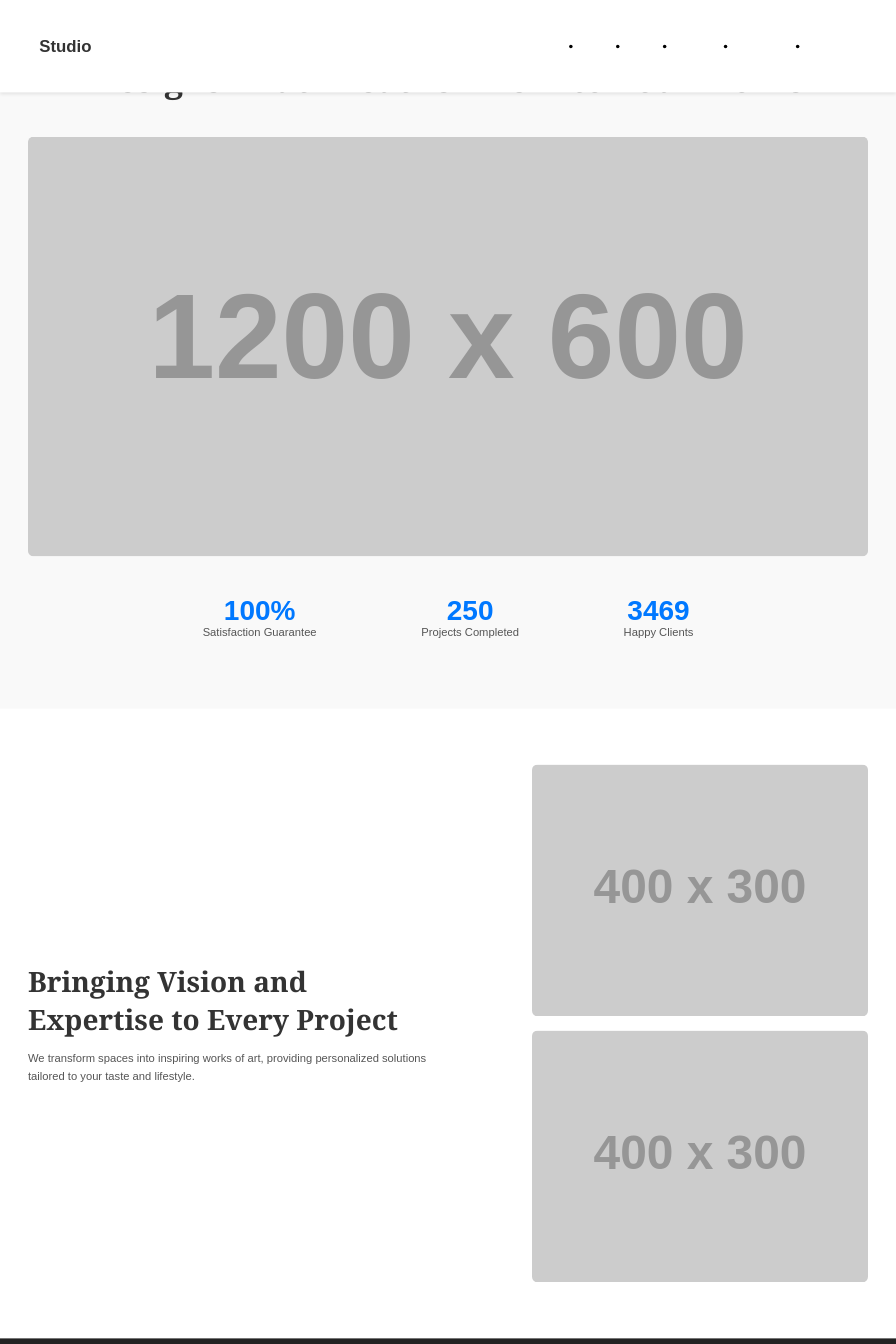
Repository: Patience225/home-decor-studio
Page: index.html
An editor plug-in stored every save of this project. The page is shown before and after a run of saves, followed by the edit.
The browser window is 1280 px wide. The pictures show the part of the page from y = 0 to 1920 px (the page is 4316 px tall before and 3730 px after), at 70% of full size.

Above is the page before, as saved 2025-01-29 07:03:57.

### index.html
<!DOCTYPE html>
<html lang="en">
<head>
  <meta charset="UTF-8">
  <meta name="viewport" content="width=device-width, initial-scale=1.0">
  <title>HomeArt Studio</title>
  <link href="https://cdnjs.cloudflare.com/ajax/libs/font-awesome/5.15.4/css/all.min.css" rel="stylesheet">
  <link rel="stylesheet" href="styles.css">
</head>
<body>
  <header>
    <nav class="navbar">
      <div class="logo"> Studio</div>
      <ul class="nav-links">
        <li><a href="#home">Home</a></li>
        <li><a href="#about">About</a></li>
        <li><a href="#services">Services</a></li>
        <li><a href="#collections">Collections</a></li>
        <li><a href="#contact">Contact</a></li>
      </ul>
      <div class="hamburger">
        <span></span>
        <span></span>
        <span></span>
      </div>
    </nav>
  </header>

  <section id="home" class="hero">
    <div class="hero-content">
      <h1>Designs That Breathe Life into Your Home</h1>
      <img src="https://via.placeholder.com/1200x600" alt="Living room design" class="hero-image">
      <div class="hero-stats">
        <div class="stat-item"><h2>100%</h2><p>Satisfaction Guarantee</p></div>
        <div class="stat-item"><h2>250</h2><p>Projects Completed</p></div>
        <div class="stat-item"><h2>3469</h2><p>Happy Clients</p></div>
      </div>
    </div>
  </section>

  <section id="about" class="introduction">
    <div class="intro-container">
      <div class="intro-text">
        <h2>Bringing Vision and Expertise to Every Project</h2>
        <p>We transform spaces into inspiring works of art, providing personalized solutions tailored to your taste and lifestyle.</p>
      </div>
      <div class="intro-images">
        <img src="https://via.placeholder.com/400x300" alt="Interior design 1">
        <img src="https://via.placeholder.com/400x300" alt="Interior design 2">
      </div>
    </div>
  </section>

  <section id="services" class="call-to-action">
    <div class="cta-container">
      <h2>For Everything Your Home Deserves, Reach Out to Us</h2>
      <div class="cta-images">
        <div class="image-card"><img src="https://via.placeholder.com/300x300" alt="Armchair"><p class="product-name">Personal Black Armchair</p><p class="product-price">$799.00</p></div>
        <div class="image-card"><img src="https://via.placeholder.com/300x300" alt="Cabinet"><p class="product-name">Rustic Oak Cabinet</p><p class="product-price">$1200.00</p></div>
        <div class="image-card"><img src="https://via.placeholder.com/300x300" alt="Pendant Light"><p class="product-name">Brass Pendant Light</p><p class="product-price">$720.00</p></div>
      </div>
    </div>
  </section>

  <section id="collections" class="projects">
    <h2>Our Projects</h2>
    <div class="project-cards">
      <div class="project-card"><img src="https://via.placeholder.com/300x200" alt="Landscape Project"><h3>Landscape</h3><p>Transforming outdoor spaces with elegant and functional designs.</p><a href="#" class="project-link">See Projects</a></div>
      <div class="project-card"><img src="https://via.placeholder.com/300x200" alt="Commercial Interiors"><h3>Commercial Interiors</h3><p>Innovative solutions for inspiring workspaces that foster productivity.</p><a href="#" class="project-link">See Projects</a></div>
      <div class="project-card"><img src="https://via.placeholder.com/300x200" alt="Architecture"><h3>Landscape Architecture</h3><p>Designing environments that blend seamlessly with nature.</p><a href="#" class="project-link">See Projects</a></div>
    </div>
  </section>

  <section id="contact" class="customer-review">
    <div class="review-container">
      <span class="quote-icon">❝</span>
      <p class="review-text">"Their creative approach and professionalism made the entire process seamless. I highly recommend them for any interior design project."</p>
      <div class="customer-info">
        <img src="https://via.placeholder.com/80x80" alt="Customer Picture" class="customer-img">
        <p class="customer-name">Albert Henderson</p>
      </div>
    </div>
  </section>

  <form id="contact-form">
    <input type="text" id="name" placeholder="Your Name" required>
    <input type="email" id="email" placeholder="Your Email" required>
    <textarea id="message" placeholder="Your Message" required></textarea>
    <button type="submit">Submit</button>
    <p id="form-feedback"></p>
  </form>

  <button id="back-to-top">↑</button>

  <footer class="footer">
    <div class="footer-container">
      <div class="footer-column">
        <h3>HomeArt Studio</h3>
        <p>Designs that breathe life into your home with creativity and expertise.</p>
      </div>
      <div class="footer-column">
        <h3>Quick Links</h3>
        <ul>
          <li><a href="#home">Home</a></li>
          <li><a href="#about">About</a></li>
          <li><a href="#collections">Collections</a></li>
          <li><a href="#contact">Contact</a></li>
        </ul>
      </div>
      <div class="footer-column">
        <h3>Contact Info</h3>
        <p>123 Interior Lane, Design City</p>
        <p>Phone: +123 456 7890</p>
        <p>Email: info@homeartstudio.com</p>
      </div>
      <div class="footer-column">
        <h3>Follow Us</h3>
        <div class="social-icons">
          <a href="#"><i class="fab fa-facebook-f"></i></a>
          <a href="#"><i class="fab fa-twitter"></i></a>
          <a href="#"><i class="fab fa-instagram"></i></a>
          <a href="#"><i class="fab fa-linkedin-in"></i></a>
        </div>
      </div>
    </div>
    <p>© 2025 HomeArt Studio. All rights reserved.</p>
  </footer>

  <script src="script.js"></script>
</body>
</html>

### styles.css
/* Global Styles */
* {
  margin: 0;
  padding: 0;
  box-sizing: border-box;
}

body {
  font-family: 'Arial', sans-serif;
  background-color: #f5f5f5;
}

/* Header */
header {
  width: 100%;
  background-color: white;
  padding: 15px 30px;
  box-shadow: 0 2px 5px rgba(0, 0, 0, 0.1);
  position: fixed;
  top: 0;
  z-index: 10;
}

.navbar {
  display: flex;
  justify-content: space-between;
  align-items: center;
  max-width: 1200px;
  margin: auto;
  padding: 1rem;
}

.logo {
  font-size: 1.5rem;
  font-weight: bold;
  color: #333;
}

/* Navigation Menu */
.nav-links {
  display: none;
  flex-direction: column;
  background-color: #333;
  position: absolute;
  top: 100%;
  right: 0;
  width: 100%;
  max-height: 90vh;
  overflow-y: auto;
  padding: 1rem;
  z-index: 10;
}

.nav-links.active {
  display: flex;
}

.nav-links li {
  margin: 10px 0;
  text-align: center;
}

.nav-links a {
  text-decoration: none;
  color: #fff;
  font-size: 1rem;
  transition: color 0.3s ease;
}

.nav-links a:hover {
  color: #0078ff;
}

/* Hamburger Menu */
.hamburger {
  cursor: pointer;
  display: block;
  flex-direction: column;
}

.hamburger span {
  height: 3px;
  width: 25px;
  background: #333;
  margin: 4px 0;
}

@media (min-width: 768px) {
  .nav-links {
    display: flex;
    flex-direction: row;
    background: none;
    position: static;
    width: auto;
    max-height: none;
    overflow: visible;
  }

  .nav-links li {
    margin-left: 25px;
  }

  .hamburger {
    display: none;
  }
}

.hero {
  width: 100%;
  background-color: #f9f9f9;
  padding: 80px 0;
  text-align: center;
}

.hero-content h1 {
  font-size: 3rem;
  font-family: 'Georgia', serif;
  color: #333;
  margin-bottom: 20px;
}

.hero-image {
  width: 100%;
  max-width: 1200px;
  height: auto;
  border-radius: 8px;
  margin: 30px 0;
}

.hero-stats {
  display: flex;
  justify-content: space-evenly;
  max-width: 1000px;
  margin: auto;
  padding: 20px 0;
}

.stat-item {
  text-align: center;
}

.stat-item h2 {
  font-size: 2.5rem;
  font-weight: bold;
  color: #0078ff;
}

.stat-item p {
  font-size: 1rem;
  color: #555;
}

@media (max-width: 768px) {
  .hero-content h1 {
    font-size: 2rem;
  }

  .hero-stats {
    flex-direction: column;
    gap: 20px;
  }
}

.introduction {
  background-color: #ffffff;
  padding: 80px 0;
  text-align: left;
}

.intro-container {
  display: flex;
  justify-content: space-between;
  align-items: center;
  max-width: 1200px;
  margin: auto;
}

.intro-text {
  width: 50%;
  padding-right: 20px;
}

.intro-text h2 {
  font-size: 2.5rem;
  font-family: 'Georgia', serif;
  color: #333;
  margin-bottom: 15px;
}

.intro-text p {
  font-size: 1rem;
  line-height: 1.6;
  color: #555;
}

.intro-images {
  display: flex;
  flex-direction: column;
  gap: 20px;
  width: 40%;
}

.intro-images img {
  width: 100%;
  border-radius: 8px;
  object-fit: cover;
}

@media (max-width: 768px) {
  .intro-container {
    flex-direction: column;
    text-align: center;
  }

  .intro-text,
  .intro-images {
    width: 100%;
  }

  .intro-text {
    padding-right: 0;
  }
}

.call-to-action {
  background-color: #222;
  padding: 80px 0;
  text-align: center;
  color: #fff;
}

.cta-container h2 {
  font-size: 2.5rem;
  font-family: 'Georgia', serif;
  color: #ffffff;
  margin-bottom: 40px;
}

.cta-images {
  display: flex;
  justify-content: center;
  gap: 40px;
}

.image-card {
  text-align: center;
  max-width: 300px;
}

.image-card img {
  width: 100%;
  border-radius: 8px;
  object-fit: cover;
}

.product-name {
  font-size: 1.2rem;
  color: #f9f9f9;
  margin-top: 10px;
}

.product-price {
  font-size: 1rem;
  color: #cccccc;
}

@media (max-width: 768px) {
  .cta-images {
    flex-direction: column;
    gap: 20px;
  }
}

.projects {
  background-color: #f9f9f9;
  padding: 80px 0;
  text-align: center;
}

.projects h2 {
  font-size: 2.5rem;
  font-family: 'Georgia', serif;
  color: #333;
  margin-bottom: 40px;
}

.project-cards {
  display: flex;
  justify-content: center;
  gap: 40px;
  max-width: 1200px;
  margin: auto;
}

.project-card {
  background-color: #ffffff;
  border-radius: 8px;
  text-align: center;
  max-width: 300px;
  padding: 20px;
  box-shadow: 0 4px 8px rgba(0, 0, 0, 0.1);
}

.project-card img {
  width: 100%;
  border-radius: 8px;
  transition: transform 0.3s ease;
}

.project-card img:hover {
  transform: scale(1.05);
}

.project-card h3 {
  font-size: 1.5rem;
  color: #333;
  margin: 15px 0;
}

.project-card p {
  font-size: 1rem;
  color: #555;
  margin-bottom: 20px;
}

.project-link {
  font-size: 1rem;
  color: #0078ff;
  text-decoration: none;
}

.project-link:hover {
  text-decoration: underline;
}

@media (max-width: 768px) {
  .project-cards {
    flex-direction: column;
    gap: 20px;
  }
}

.customer-review {
  background-color: #f6f6f6;
  padding: 80px 0;
  text-align: center;
}

.review-container {
  background-color: #ffffff;
  max-width: 600px;
  margin: auto;
  padding: 40px;
  border-radius: 12px;
  box-shadow: 0 4px 8px rgba(0, 0, 0, 0.1);
  position: relative;
}

.quote-icon {
  font-size: 3rem;
  color: #d4af37;
  position: absolute;
  top: -25px;
  left: 10%;
}

.review-text {
  font-family: 'Georgia', serif;
  font-size: 1.5rem;
  font-style: italic;
  color: #333;
  margin-bottom: 30px;
}

.customer-info {
  display: flex;
  justify-content: center;
  align-items: center;
  gap: 15px;
  margin-top: 20px;
}

.customer-img {
  width: 80px;
  height: 80px;
  border-radius: 50%;
  object-fit: cover;
}

.customer-name {
  font-size: 1.2rem;
  font-weight: bold;
  color: #555;
}

@media (max-width: 768px) {
  .review-container {
    padding: 30px;
  }

  .review-text {
    font-size: 1.2rem;
  }

  .quote-icon {
    font-size: 2.5rem;
  }
}

#back-to-top {
  position: fixed;
  bottom: 30px;
  right: 30px;
  background-color: #d4af37;
  color: white;
  border: none;
  padding: 10px 15px;
  cursor: pointer;
  display: none;
  border-radius: 50%;
}

#back-to-top:hover {
  background-color: #333;
}

/* Contact Form Styling */
#contact-form {
  width: 100%;
  max-width: 500px;
  margin: 50px auto;
  background-color: #f9f9f9;
  padding: 20px 30px;
  border-radius: 12px;
  box-shadow: 0px 4px 10px rgba(0, 0, 0, 0.1);
  animation: fadeIn 1s ease-in-out;
}

#contact-form input,
#contact-form textarea {
  width: 100%;
  padding: 12px;
  margin-bottom: 15px;
  border: 1px solid #ddd;
  border-radius: 8px;
  font-size: 14px;
  background-color: #ffffff;
  transition: border-color 0.3s ease-in-out;
}

#contact-form input:focus,
#contact-form textarea:focus {
  border-color: #d4af37;
  outline: none;
}

#contact-form button {
  width: 100%;
  padding: 12px;
  background-color: #d4af37;
  color: white;
  font-size: 16px;
  border: none;
  border-radius: 8px;
  cursor: pointer;
  transition: background-color 0.3s ease-in-out;
  position: relative;
  overflow: hidden;
}

#contact-form button:hover {
  background-color: #333;
}

#form-feedback {
  font-size: 14px;
  margin-top: 10px;
}

#form-feedback.success {
  color: green;
}

#form-feedback.error {
  color: red;
}

#contact-form button::after {
  content: '';
  position: absolute;
  top: 0;
  left: -100%;
  width: 300%;
  height: 100%;
  background: rgba(255, 255, 255, 0.2);
  transition: left 0.4s ease;
}

#contact-form button:hover::after {
  left: 100%;
}

/* Fade-in animation */
@keyframes fadeIn {
  from {
    opacity: 0;
    transform: translateY(20px);
  }
  to {
    opacity: 1;
    transform: translateY(0);
  }
}

/* Footer Styles */
.footer {
  background-color: #333;
  color: #f9f9f9;
  padding: 60px 0;
}

.footer-container {
  display: flex;
  justify-content: space-between;
  max-width: 1200px;
  margin: auto;
  flex-wrap: wrap;
  gap: 40px;
}

.footer-column {
  max-width: 250px;
}

.footer-column h3 {
  font-size: 1.5rem;
  text-transform: uppercase;
  color: #d4af37;
  margin-bottom: 20px;
}

.footer-column p {
  font-size: 1rem;
  line-height: 1.5;
}

.footer-column ul {
  list-style: none;
  padding: 0;
}

.footer-column ul li {
  margin-bottom: 10px;
}

.footer-column ul li a {
  color: #f9f9f9;
  text-decoration: none;
  transition: color 0.3s ease;
}

.footer-column ul li a:hover {
  color: #d4af37;
}

.social-icons {
  display: flex;
  gap: 15px;
}

.social-icons a {
  display: inline-block;
  color: #f9f9f9;
  background-color: #444;
  width: 40px;
  height: 40px;
  line-height: 40px;
  text-align: center;
  border-radius: 50%;
  font-size: 1.2rem;
  transition: all 0.3s ease;
}

.social-icons a:hover {
  background-color: #d4af37;
  color: #fff;
  animation: bounce 0.5s;
}

/* Social Media Icon Bounce Animation */
@keyframes bounce {
  0%, 100% {
    transform: translateY(0);
  }
  50% {
    transform: translateY(-5px);
  }
}

@media (max-width: 768px) {
  .footer-container {
    flex-direction: column;
    text-align: center;
  }

  .footer-column {
    max-width: 100%;
  }
}

### script.js
const hamburger = document.querySelector('.hamburger');
const navLinks = document.querySelector('.nav-links');
const galleryImages = document.querySelectorAll('.gallery-item');
const backToTopButton = document.getElementById('back-to-top');
const footerIcons = document.querySelectorAll('.social-icons a');
const contactForm = document.getElementById('contact-form');
const feedback = document.getElementById('form-feedback');
const emailRegex = /^[^\s@]+@[^\s@]+\.[^\s@]+$/;

// Toggle navigation menu
hamburger.addEventListener('click', () => {
  navLinks.classList.toggle('active');
});

// Smooth scroll for navigation links
// Combined both instances of the same function
const smoothScrollLinks = document.querySelectorAll('a[href^="#"]');
smoothScrollLinks.forEach(anchor => {
  anchor.addEventListener('click', function (e) {
    e.preventDefault();
    document.querySelector(this.getAttribute('href')).scrollIntoView({
      behavior: 'smooth'
    });
  });
});

// Contact form validation & feedback animation
contactForm.addEventListener('submit', function (e) {
  e.preventDefault();

  const name = document.getElementById('name').value.trim();
  const email = document.getElementById('email').value.trim();
  const message = document.getElementById('message').value.trim();

  if (!name || !email || !message) {
    feedback.textContent = "Please fill in all fields.";
    feedback.style.color = "red";
  } else if (!emailRegex.test(email)) {
    feedback.textContent = "Please enter a valid email address.";
    feedback.style.color = "red";
  } else {
    feedback.textContent = "Thank you! Your message has been sent successfully.";
    feedback.style.color = "green";
    contactForm.reset();
  }

  // Add fade-in effect for feedback
  feedback.style.opacity = 0;
  setTimeout(() => {
    feedback.style.transition = 'opacity 1s ease-in-out';
    feedback.style.opacity = 1;
  }, 100);
});

// Hover effect for gallery images & footer social icons
const addHoverEffect = (elements) => {
  elements.forEach(el => {
    el.addEventListener('mouseenter', () => {
      el.style.transform = 'scale(1.1)';
      el.style.transition = 'transform 0.3s ease';
    });
    el.addEventListener('mouseleave', () => {
      el.style.transform = 'scale(1)';
    });
  });
};

addHoverEffect(galleryImages);
addHoverEffect(footerIcons);

// Back to top button functionality
window.addEventListener('scroll', () => {
  backToTopButton.style.display = window.scrollY > 300 ? 'block' : 'none';
});

backToTopButton.addEventListener('click', () => {
  window.scrollTo({ top: 0, behavior: 'smooth' });
});

After the next 2 saves:
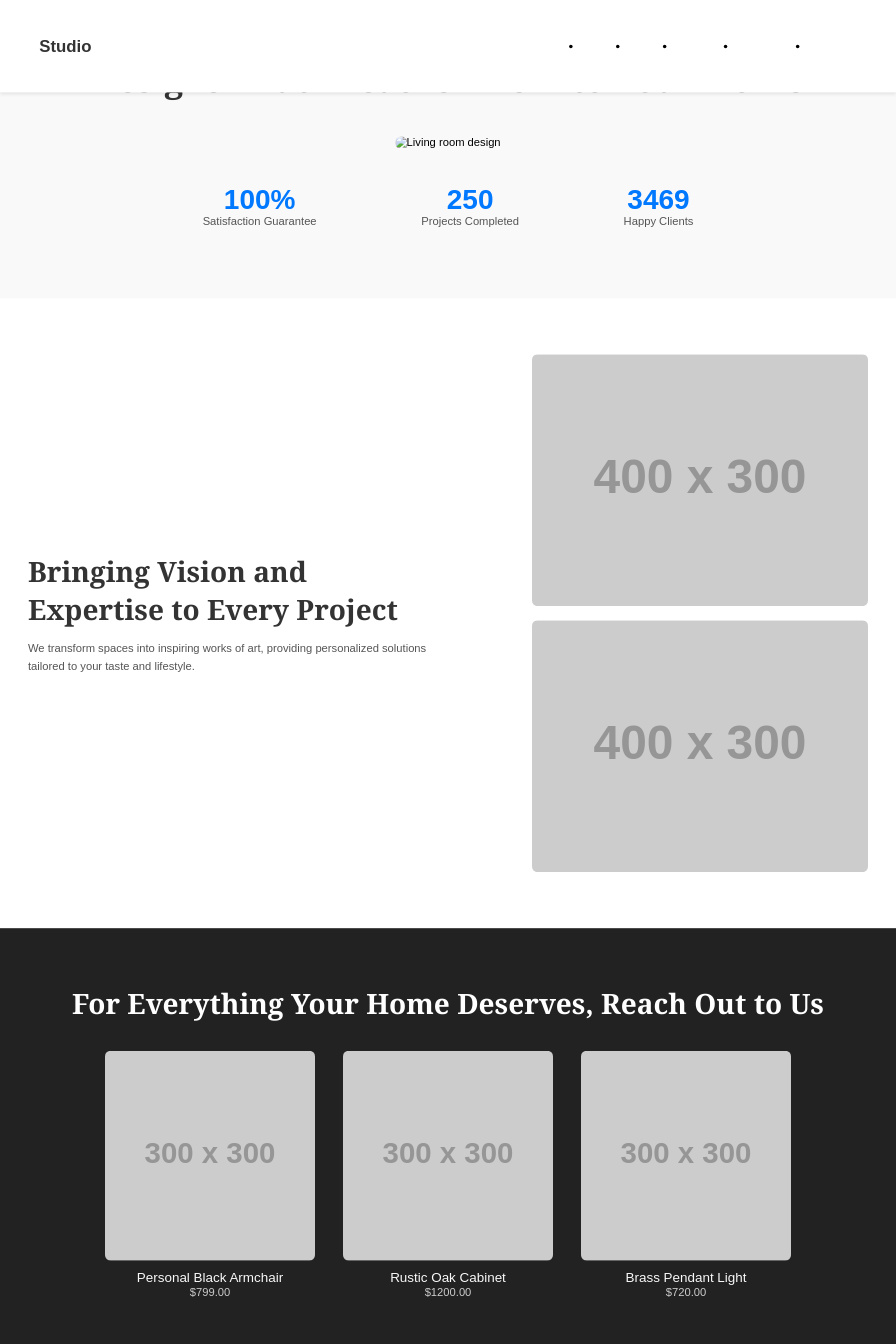
Not found: images/home-decor-logo.jpg
The 2 saves are shown as one change because they came seconds apart.
The last was saved 26 s later.
--- a/index.html
+++ b/index.html
@@ -29,7 +29,7 @@
   <section id="home" class="hero">
     <div class="hero-content">
       <h1>Designs That Breathe Life into Your Home</h1>
-      <img src="https://via.placeholder.com/1200x600" alt="Living room design" class="hero-image">
+      <img src="images/home-decor-logo.jpg" alt="Living room design" class="hero-image">
       <div class="hero-stats">
         <div class="stat-item"><h2>100%</h2><p>Satisfaction Guarantee</p></div>
         <div class="stat-item"><h2>250</h2><p>Projects Completed</p></div>

After the save that followed:
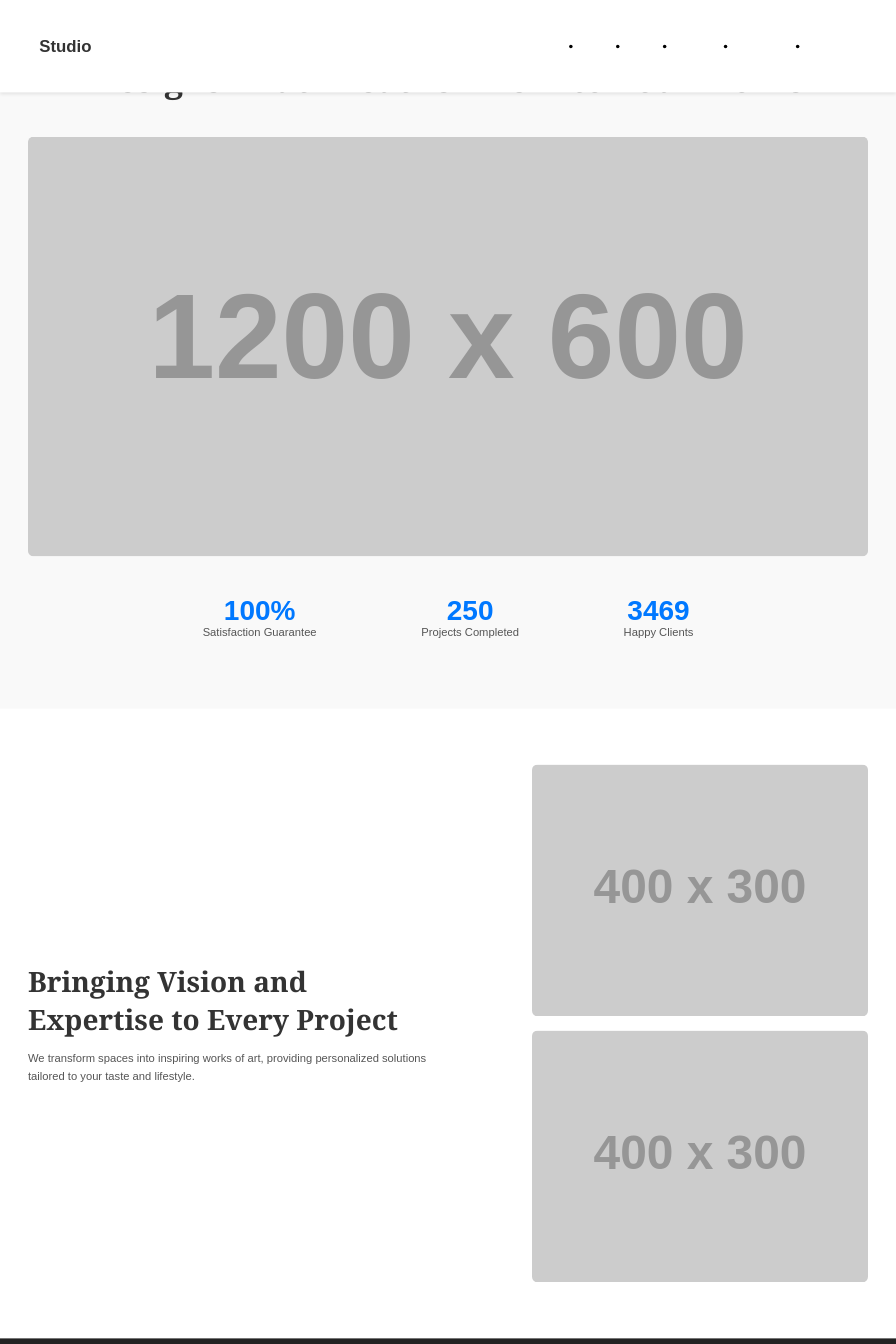
Saved 40 s later.
--- a/index.html
+++ b/index.html
@@ -29,7 +29,7 @@
   <section id="home" class="hero">
     <div class="hero-content">
       <h1>Designs That Breathe Life into Your Home</h1>
-      <img src="images/home-decor-logo.jpg" alt="Living room design" class="hero-image">
+      <img src="https://via.placeholder.com/1200x600" alt="Living room design" class="hero-image">
       <div class="hero-stats">
         <div class="stat-item"><h2>100%</h2><p>Satisfaction Guarantee</p></div>
         <div class="stat-item"><h2>250</h2><p>Projects Completed</p></div>
